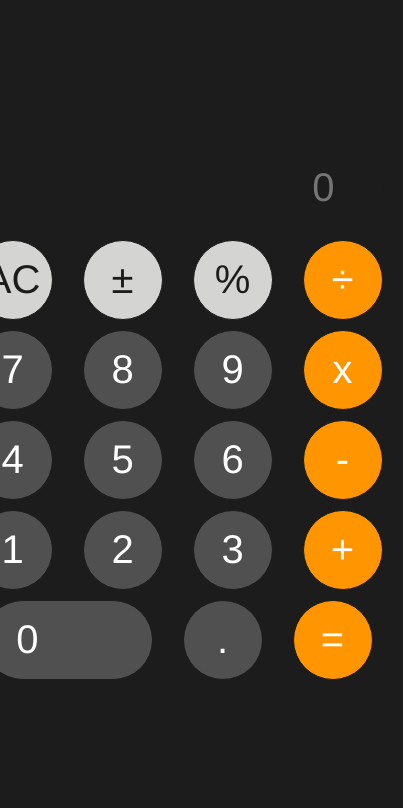
Repository: robbymcd/Calculator
Page: index.html
An editor plug-in stored every save of this project. The page is shown before and after the next save, followed by the edit.
The browser window is 375 px wide. The page is 403 px wide, then 384 px, so the pictures cover 403 px, including what lies to the right of the window. The pictures show the whole page.

Above is the page before, as saved 2023-01-06 14:26:25.

After the next save:
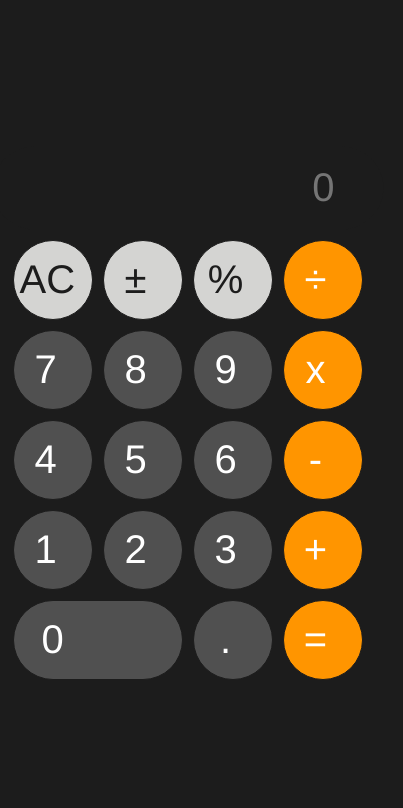
Saved 81 s later.
--- a/styles.css
+++ b/styles.css
@@ -115,7 +115,7 @@ button:hover {
         height: 80px;
         font-size: 40px;
         gap: 5px;
-        margin-right: 20px;
+        padding-right: 20px;
     }
     #display {
         width: 340px;
